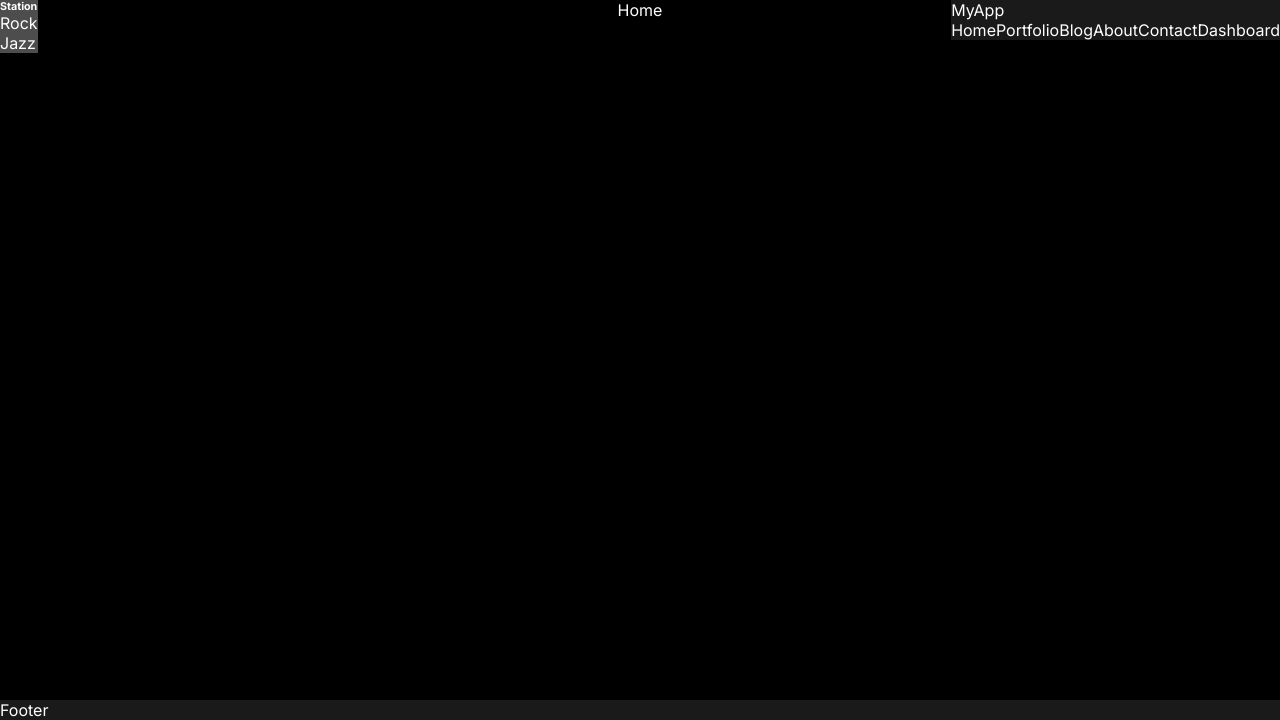
Repository: Iq-Life/musicflow-life
Page: /
The author's editor kept a copy of each file at every save. The page is drawn from the files as they stood at one save, then again after the next save.
The browser window is 1280 px wide. The pictures show the whole page.
The project was rebuilt for these pictures with package versions that can differ from the ones it lists, and the page was loaded fresh each time. The framework's server and built-in components were replaced by stand-ins that run in the browser. Also part of the build but not shown: next.config.js.

Above is the page before, as saved 2023-09-14 15:31:19.

After the next save:
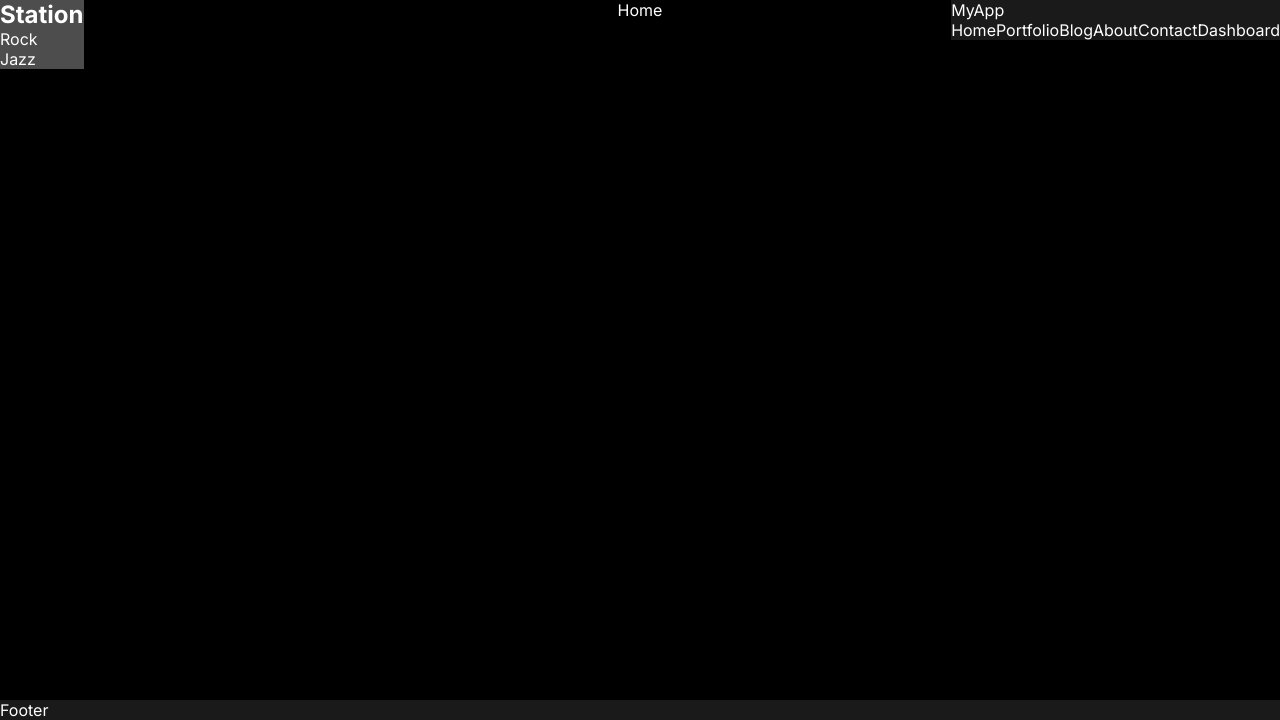
Saved 9 s later.
--- a/src/components/station/StationsList.tsx
+++ b/src/components/station/StationsList.tsx
@@ -16,7 +16,7 @@ const StationsList = () => {
   return (
     <div className={styles.stationsList}>
       <ul>
-        <h6>Station</h6>
+        <h2>Station</h2>
         {stationsMusic.map((station) => (
           <li key={station.id}>{station.title}</li>
         ))}
